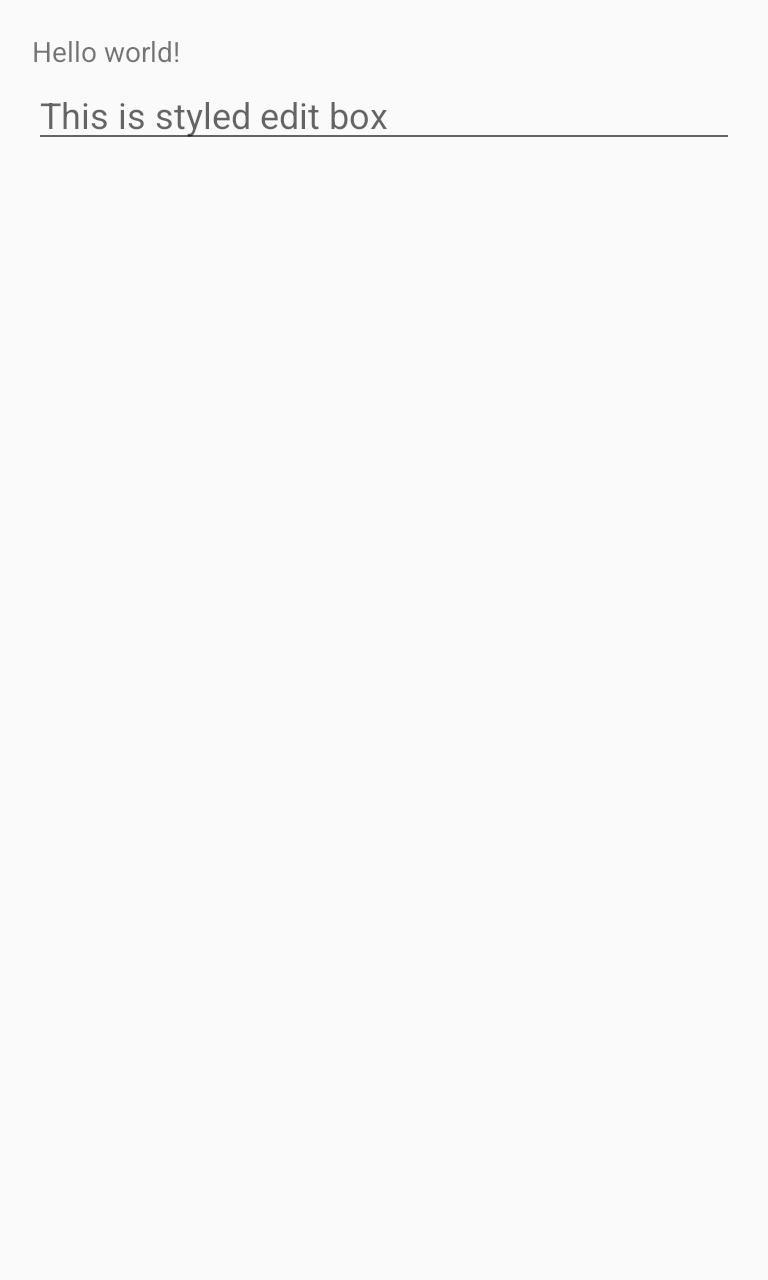
Repository: ishwormali/practices
Layout: Android/ToDoApp/ToDoList/ToDoList/res/layout/fragment_my_styled.xml
The author's editor kept a copy of each file at every save. The layout is drawn from the files as they stood at one save, then again after the next save.
It is drawn on a 768 x 1280 px phone screen (xhdpi) without system bars, with theme AppTheme; the app's code is not run.

Above is the layout before, as saved 2014-03-31 05:46:05.

After the next save:
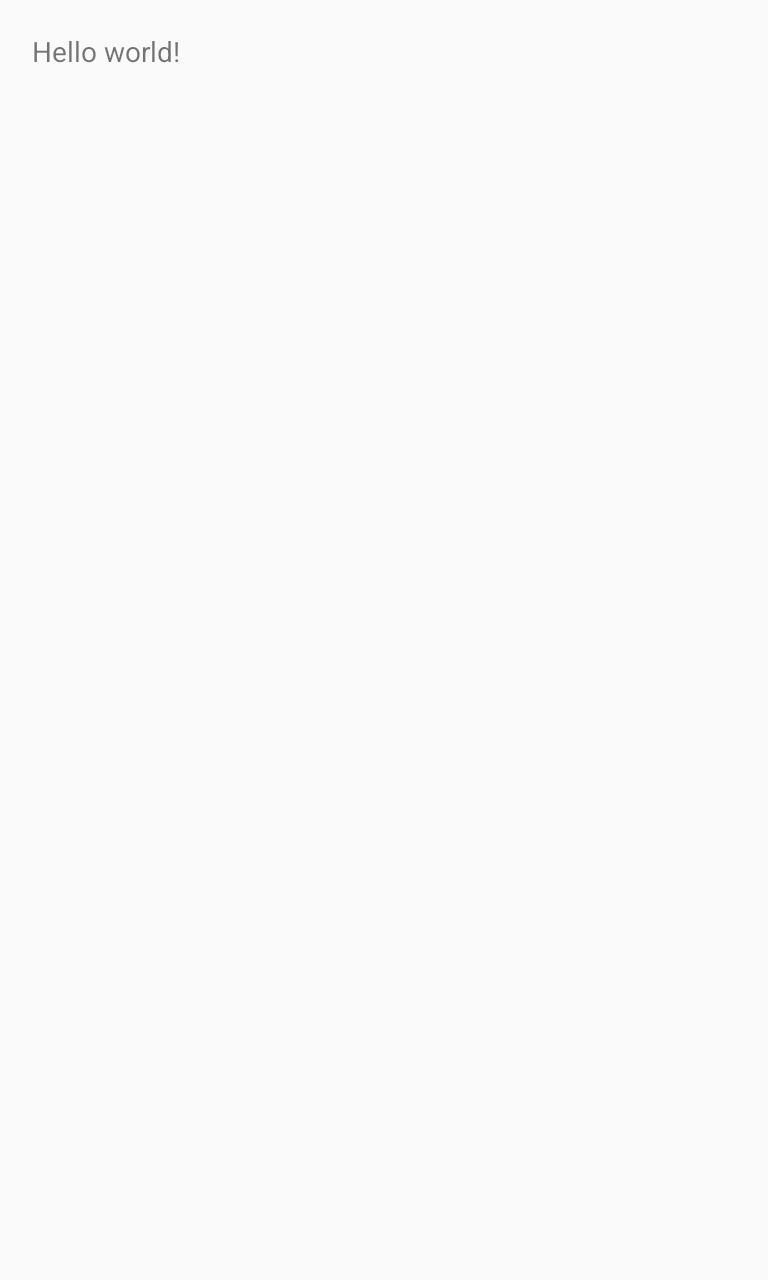
Saved 12 s later.
--- a/Android/ToDoApp/ToDoList/ToDoList/res/values/styles.xml
+++ b/Android/ToDoApp/ToDoList/ToDoList/res/values/styles.xml
@@ -23,8 +23,7 @@
         <item name="android:textColor">#ffff00</item>
     </style>
  <style name="EditBoxGreenStyle" >
-        <item name="android:layout_width">match_parent</item>
-        <item name="android:layout_height">wrap_content</item>
+
         <item name="android:textColor">#00FF00</item>
     </style>
 </resources>

After the save that followed:
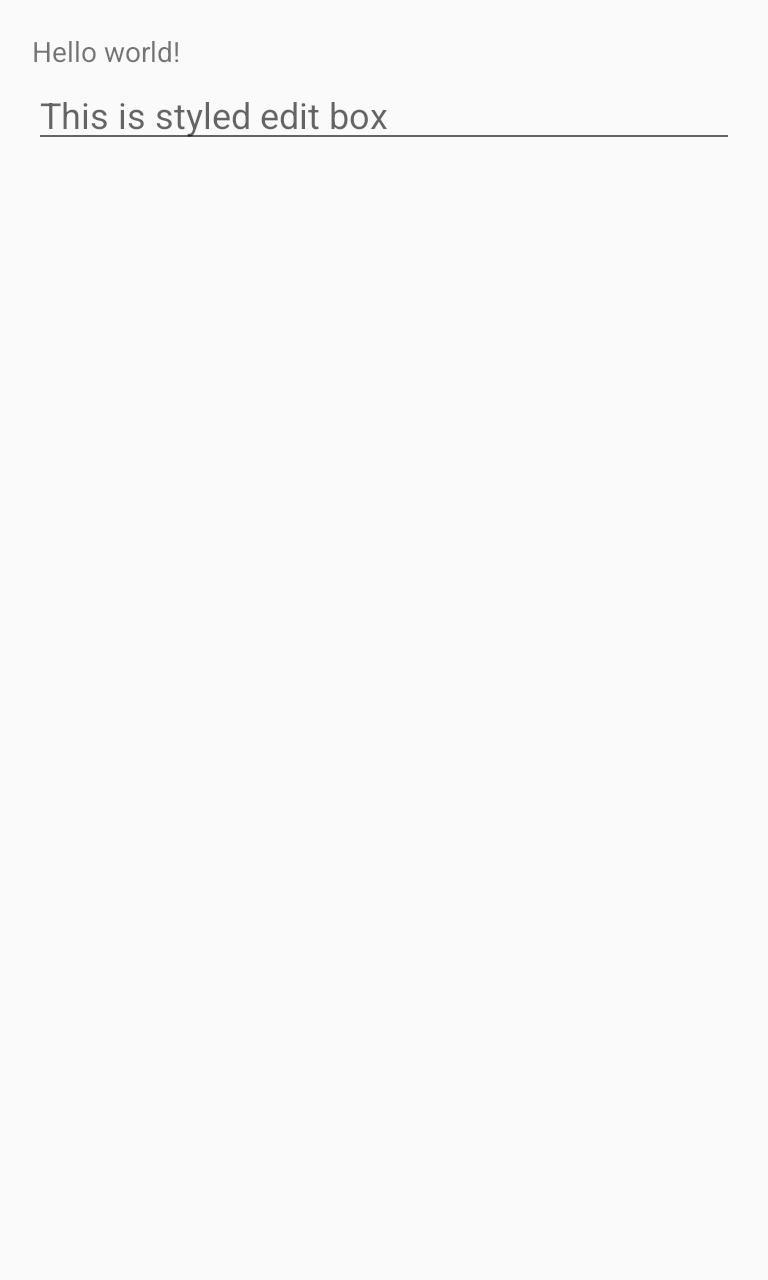
Saved 16 s later.
--- a/Android/ToDoApp/ToDoList/ToDoList/res/values/styles.xml
+++ b/Android/ToDoApp/ToDoList/ToDoList/res/values/styles.xml
@@ -22,7 +22,7 @@
         <item name="android:layout_height">wrap_content</item>
         <item name="android:textColor">#ffff00</item>
     </style>
- <style name="EditBoxGreenStyle" >
+ <style name="EditBoxGreenStyle" parent="@style/EditBoxStyle" >
 
         <item name="android:textColor">#00FF00</item>
     </style>
